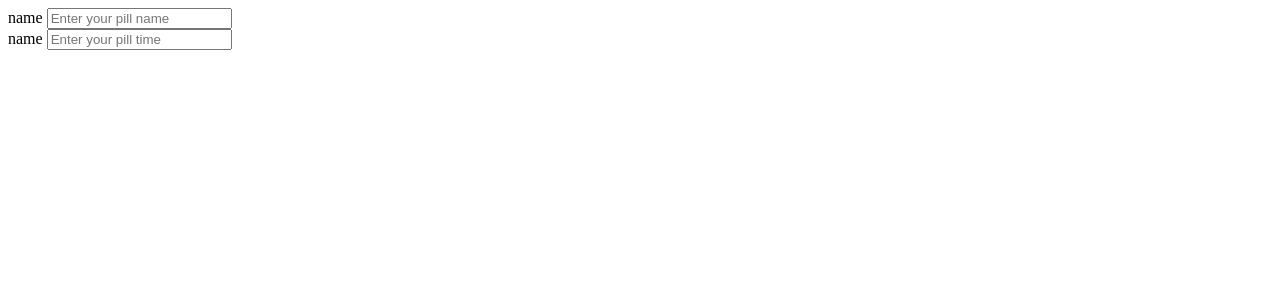
Repository: sarveshv9/Pill-Dispenser-Alert
Page: pill.html
These files come from the project's save history. The page is drawn as it stood at one moment and after the next save; the edit follows.
The browser window is 1280 px wide. The pictures show the whole page.

Above is the page before, as saved 2025-02-22 16:42:28.

After the next save:
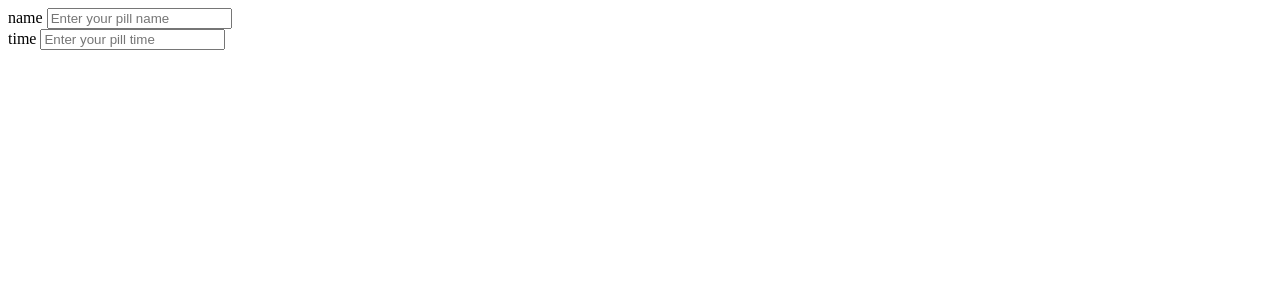
Saved 55 s later.
--- a/pill.html
+++ b/pill.html
@@ -9,7 +9,7 @@
    <form>
     <label for="pillname">name</label>
     <input type="text" id="pillname" name="name" placeholder="Enter your pill name "><br>
-    <label for="pilltime">name</label>
+    <label for="pilltime">time</time></label>
     <input type="text" id="pilltime" name="time" placeholder="Enter your pill time "><br>
    </form>
 </body>
